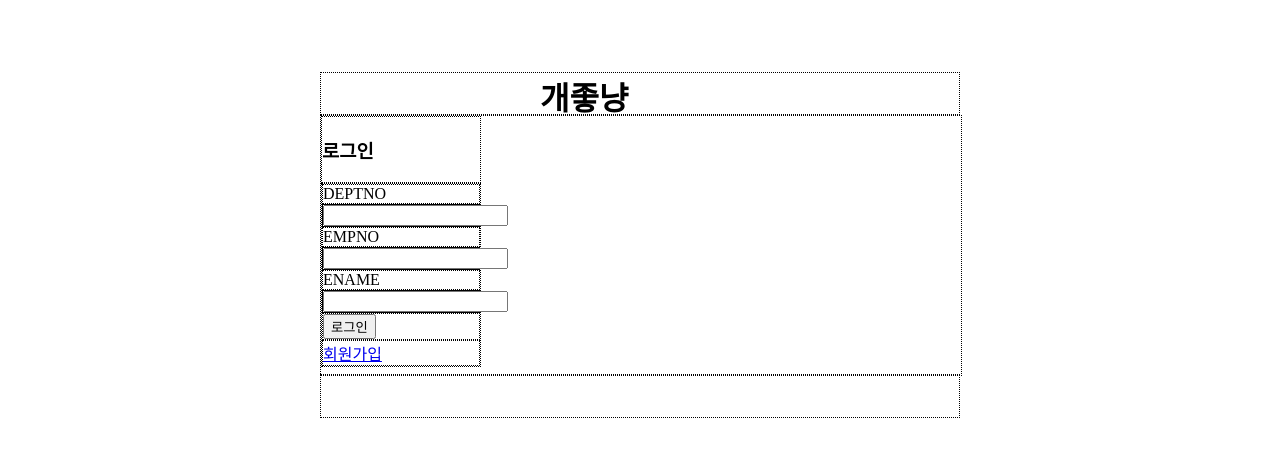
Repository: rmsgh2392/jee-company
Page: http://localhost/company/facade.do
An editor plug-in stored every save of this project. The page is shown before and after the next save, followed by the edit.
The browser window is 1280 px wide. The pictures show the whole page.
The page is served by Tomcat 9.

Above is the page before, as saved 2019-10-07 10:52:41.

After the next save:
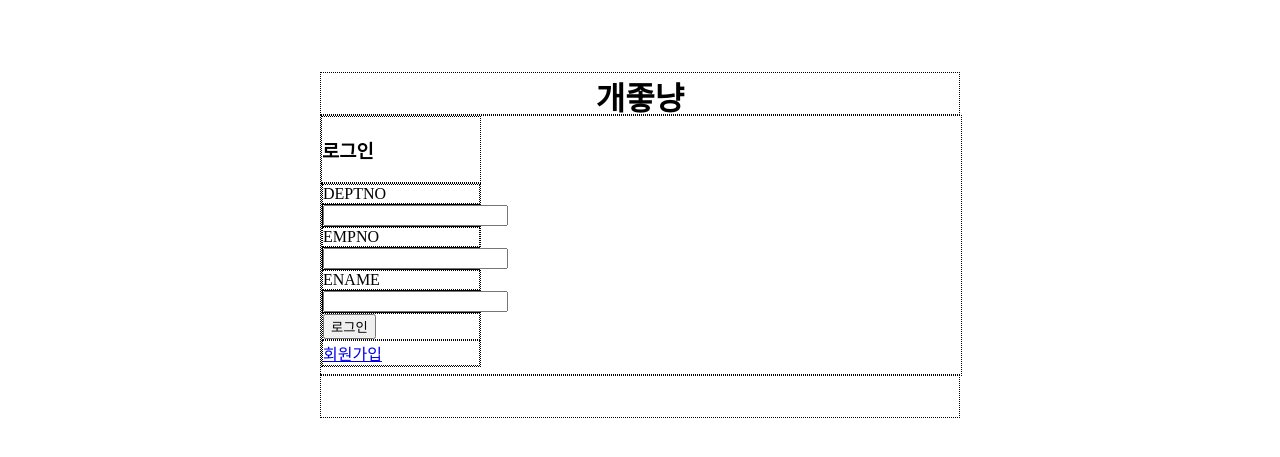
Saved 7 min 52 s later.
--- a/company/WebContent/resources/css/style.css
+++ b/company/WebContent/resources/css/style.css
@@ -25,7 +25,7 @@ html, body{
 	grid-template-rows : 10% 60% 30%;
 
 }
-#main_text { width : 200px; margin : 0 auto}
+#main_text { width : 200px; margin : 0 auto;text-align:center;}
 .join_spac{
 display : grid;
 	margin : 0 auto;
